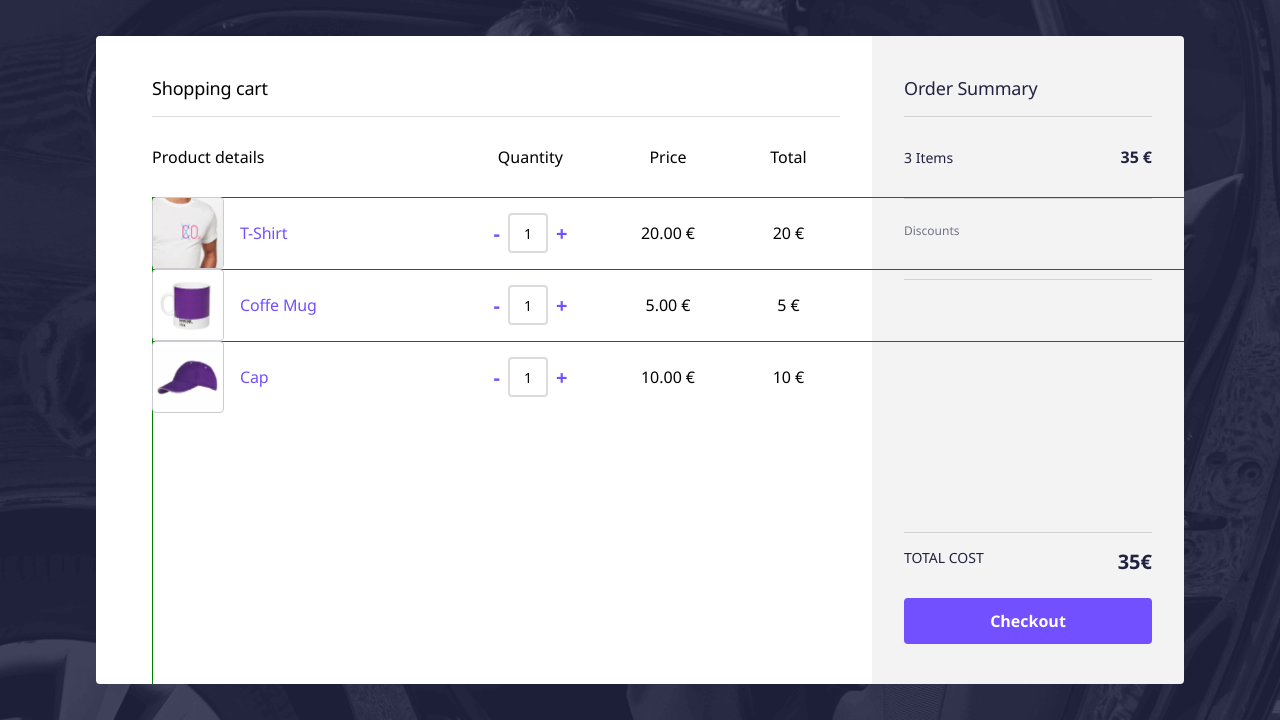
Repository: banchiec/challengecbfy
Page: /
These files come from the project's save history. The page is drawn as it stood at one moment and after the next save; the edit follows.
The browser window is 1280 px wide. The pictures show the whole page.
An inner scrolling area shows only its first screen. Some web fonts or font styles are not loaded; a fallback is used. The project was rebuilt for these pictures with package versions that can differ from the ones it lists, and the page was loaded fresh each time. Also part of the build but not shown: craco.config.js.

Above is the page before, as saved 2021-12-10 12:54:52.

### src/index.js
import './index.css';
import App from './App';
import Checkout from './helpers/checkout'
// here a service should be called to obtain the api data
import { products } from './data/data'

import discounts from './helpers/discounts';

const purchase = new Checkout(products, discounts)
purchase.init()
App(purchase)

### src/index.css
@tailwind base;
@tailwind components;
@tailwind utilities;

body {
  margin: 0;
  font-family: -apple-system, BlinkMacSystemFont, 'Segoe UI', 'Roboto', 'Oxygen',
    'Ubuntu', 'Cantarell', 'Fira Sans', 'Droid Sans', 'Helvetica Neue',
    sans-serif;
  -webkit-font-smoothing: antialiased;
  -moz-osx-font-smoothing: grayscale;
}

code {
  font-family: source-code-pro, Menlo, Monaco, Consolas, 'Courier New',
    monospace;
}

@font-face {
  font-family: 'Avenir';
  src:local('Avenir'), url(./assets/fonts/Avenir-Black.woff) format('woff');
}

### src/App.js
import { render } from 'react-dom';
import Main from './components/main/Main'
import './App.css';

function App(purchase) {
  render(<Main purchase={purchase} />, document.getElementById('root'))
}

export default App;

### src/helpers/checkout.js
export default class Checkout {
    constructor(price, discounts = []) {
        this.price = price.reduce((acc, good) => ({ ...acc, [good.code]: good }), {})
        this.discounts = discounts
        this.cartItems = []
    }
    init() {
        this.scan('TSHIRT')
        this.scan('MUG')
        this.scan('CAP')
    }
    scan(code, argument = 1) {
        const currentCartItem = this.cartItems.find((item) => item.code === code);
        if (currentCartItem) {
            switch (argument) {
                case 1:
                    currentCartItem.count += 1;
                    break;
                case -1:
                    currentCartItem.count -= 1;
                    if (currentCartItem.count === 0) {
                        this.cartItems = this.cartItems.filter((item) => item.code !== code);
                    }
                    break;
                default:
                    currentCartItem.count = argument;
                    break;
            }
            return this;
        }
        const currentPriceItem = this.price[code];
        // console.log(this.price)
        if (currentPriceItem) {
            switch (argument) {
                case 1:
                    this.cartItems.push({ ...currentPriceItem, count: 1 });
                    break;
                case -1:
                    break;
                default:
                    this.cartItems.push({ ...currentPriceItem, count: argument });
            }
            return this;
        }
        return new Error(`product with code ${code} has not been found`);


    }
    get actualDiscounts() {
        return this.discounts.reduce(
            (acc, discount) => {
                const res = discount.check(this.items);
                if (res) return [...acc, res];
                return acc;
            }, [],
        );
    }
    get items() {
        return this.cartItems
    }

    get totalDiscount() {
        return this.actualDiscounts.reduce((acc, { discountAmount }) => acc + discountAmount, 0);
    }
    cost(code) {
        const currentCartItem = this.cartItems.find((item) => item.code === code);
        if (currentCartItem) {
            return currentCartItem.count * currentCartItem.price;
        }
        return null;
    }

    preCalc() {
        return ({
            countItems: this.cartItems.reduce((acc, item) => acc + item.count, 0),
            summaryCost: this.cartItems.reduce((acc, item) => acc + (item.count * item.price), 0),
            actualDiscounts: this.actualDiscounts,
        });
    }

    // method total will return total cost as number
    total() {
        return this.cartItems.reduce(
            (acc, item) => acc + (item.count * item.price),
            0,
        ) - this.totalDiscount;
    }
}

### src/data/data.js
import shirt from '../assets/images/shirt.png'
import mug from '../assets/images/mug.png'
import cap from '../assets/images/cap.png'
export const products = [
    {
        id: '1',
        code: 'TSHIRT',
        name: 'T-Shirt',
        price: '20.00',
        image: shirt
    },
    {
        id: '3',
        code: 'MUG',
        name: 'Coffe Mug',
        price: '5.00',
        image: mug

    },
    {
        id: '4',
        code: 'CAP',
        name: 'Cap',
        price: '10.00',
        image: cap

    }
]

### src/helpers/discounts.js
const discounts = [
    {
        name: '2-for-1-Mug',
        check: (products) => {
            const currentProduct = products.find((product) => product.code === 'MUG')
            if (currentProduct && currentProduct.count > 1) {
                return ({
                    name: '2x1 Mug offer',
                    discountAmount: Math.trunc(currentProduct.count / 2) * currentProduct.price
                })
            }
            return null
        }
    },
    {
        name: 'bulk-discount-shirt',
        check: (products) => {
            const currentProduct = products.find((product) => product.code === 'TSHIRT')
            if (currentProduct && currentProduct.count >= 3) {
                return ({
                    name: 'x3-Shirt-offer',
                    discountAmount: (currentProduct.price / 100) * 5 * currentProduct.count
                })
            }
            return null
        }
    }
]

export default discounts

### src/components/main/Main.js
import { useState } from "react"
import OrderSummery from "../OrderSummery/OrderSummery"
import { ShoppingCart } from "../shoppingCart/ShoppingCart"

export default function Main(props) {
    const { purchase } = props
    const [items, setItems] = useState(purchase.items)

    const initStateSum = purchase.preCalc()
    const initTotalCost = purchase.total()

    const [summary, setSummary] = useState({
        ...initStateSum,
        totalCost: initTotalCost
    })

    const scan = (code) => (op) => (e) => {
        switch (op) {
            case 'dec':
                purchase.scan(code, -1);
                break;
            case 'set':
                purchase.scan(code, Number(e.target.value));
                console.log(e.target.value)
                break;
            case 'inc':
                purchase.scan(code, 1);
                break;
            default:
                // unknown operation
                break;
        }
        // set new cart items list for react
        setItems([...purchase.items]);
        const newSums = purchase.preCalc();
        const newTotalCost = purchase.total();
        setSummary({
            ...newSums,
            totalCost: newTotalCost,
        });

    }
    const cost = (code) => purchase.cost(code)

    return (
        <main className="App">
            <ShoppingCart items={items} scan={scan} cost={cost} />
            <OrderSummery summary={summary} />
        </main>
    )
}

### src/App.css
* {
  box-sizing: border-box;
  outline: none;
}

html,
body,
div,
span,
applet,
object,
iframe,
h1,
h2,
h3,
h4,
h5,
h6,
p,
blockquote,
pre,
a,
abbr,
acronym,
address,
big,
button,
cite,
code,
del,
dfn,
em,
img,
ins,
kbd,
q,
s,
samp,
small,
strike,
strong,
sub,
sup,
tt,
var,
b,
u,
i,
center,
dl,
dt,
dd,
ol,
ul,
li,
fieldset,
form,
label,
legend,
table,
caption,
tbody,
tfoot,
thead,
tr,
th,
td,
article,
aside,
canvas,
details,
embed,
figure,
figcaption,
footer,
header,
hgroup,
menu,
nav,
output,
ruby,
section,
summary,
time,
mark,
audio,
video {
  margin: 0;
  padding: 0;
  border: 0;
  vertical-align: baseline;
  font: 100%;
}

/* HTML5 display-role reset for older browsers */
article,
aside,
details,
figcaption,
figure,
footer,
header,
hgroup,
menu,
nav,
section {
  display: block;
}

body {
  -webkit-font-smoothing: antialiased;
  -moz-osx-font-smoothing: grayscale;
  line-height: 1;
}

ol,
ul {
  list-style: none;
}

blockquote,
q {
  quotes: none;
}

a {
  cursor: pointer;
}

blockquote:before,
blockquote:after,
q:before,
q:after {
  content: none;
}

table {
  border-spacing: 0;
  border-collapse: collapse;
}

a {
  text-decoration: none;
}

input:not([type="checkbox"]):not([type="radio"]),
textarea {
  appearance: none;
}

input[type="number"]::-webkit-outer-spin-button,
input[type="number"]::-webkit-inner-spin-button {
  margin: 0;
  appearance: none;
}

input[type="number"] {
  appearance: textfield;
}

input::-ms-clear {
  display: none;
}

select::-ms-expand {
  display: none;
}

textarea {
  overflow: auto;
  vertical-align: top;
}

input::placeholder {
  opacity: 1;
}

h1.main {
  padding-bottom: 16px;
  border-bottom: 1px solid rgba(33, 34, 64, 0.16);
}

.wrapper.border,
.wrapper-half.border {
  border-bottom: 1px solid rgba(33, 34, 64, 0.16);
}

h2,
.products-list li.products-list-title {
  color: #a6a7b3;
  letter-spacing: 1px;
  font-size: 10px;
  line-height: 16px;
}

h2,
.product-code {
  font-size: 12px;
  line-height: 16px;
}

.product-quantity,
.summary input,
.summary ul li,
.summary-total-cost {
  font-size: 14px;
  line-height: 17px;
}

.product h1 {
  font-size: 16px;
  line-height: 24px;
}

.products button.count,
.summary-total-price {
  font-size: 20px;
  line-height: 25px;
}

h2 {
  color: #717285;
  letter-spacing: 0;
  font-weight: 300;
}

h2 + * {
  margin-top: 16px;
}

body {
  margin: 0;
  padding: 0;
  height: 100vh;
  background-image: url("./assets/images/background.png");
  background-color: #212240;
  background-position: top left;
  background-size: cover;
  font-family: Avenir, "Avenir Next", "Segoe UI", sans-serif;
  font-weight: regular;
}

.App {
  position: fixed;
  top: 50%;
  left: 50%;
  display: flex;
  overflow-x: hidden;
  overflow-y: auto;
  max-width: 1088px;
  max-height: 648px;
  width: calc(100% - 64px);
  height: calc(100% - 64px);
  border-radius: 4px;
  background-color: #ffffff;
  transform: translate(-50%, -50%);
}

h1 {
  position: relative;
  letter-spacing: -0.18px;
  font-size: 18px;
  line-height: 24px;
}

.wrapper {
  padding: 32px 0;
}

.wrapper-half {
  padding: 24px 0;
}

.tableHead {
  padding: 32px 0;
}

.row {
  position: relative;
  display: flex;
  flex-flow: row nowrap;
  justify-content: space-between;
}

.row + .row {
  margin-top: 32px;
}

[class*="col-"] {
  display: flex;
  align-items: center;
}

[class*="col-"]:nth-child(n + 2) {
  justify-content: center;
}

.col-product {
  width: 45%;
}

.col-quantity {
  width: 20%;
}

.col-price {
  width: 20%;
}

.col-total {
  width: 15%;
}

input {
  width: 100%;
  height: 48px;
  border-radius: 4px;
}

.currency {
  margin-left: 4px;
}

.products {
  padding: 40px 32px 40px 56px;
}

.products button.count {
  padding: 0 8px;
  height: 40px;
  border: none;
  background: transparent;
  color: #7350ff;
  font-weight: bold;
  cursor: pointer;
}

.products {
  flex: 1;
}

.products-list {
  position: relative;
  width: 100%;
}

.product-image {
  display: flex;
  align-items: center;
  flex-flow: row nowrap;
}

.product-image img {
  margin-right: 16px;
  width: 72px;
  height: 72px;
  border: 1px solid #cacad1;
  border-radius: 4px;
}

.product-code {
  border-radius: 4px;
  color: #a6a7b3;
  letter-spacing: 0.13px;
  font-weight: 400;
}

.product-quantity {
  width: 40px;
  height: 40px;
  border: 2px solid #dbdbe0;
  border-radius: 4px;
  text-align: center;
}

.product-price {
  color: #000000;
  font-size: 16px;
}

.product .clear {
  border: none;
  background: transparent;
}

.product .clear span {
  position: relative;
  display: block;
  width: 16px;
  height: 16px;
}

.product .clear span:before,
.product .clear span:after {
  content: "";
  position: absolute;
  top: 8px;
  left: 2px;
  display: block;
  width: 12px;
  height: 2px;
  border-radius: 8px;
  background-color: #a6a7b3;
  transform: rotate(-45deg);
  transform-origin: center center;
}

.product .clear span:before {
  transform: rotate(45deg);
}

.product h1 {
  color: #7350ff;
}

.summary {
  display: flex;
  flex-flow: column wrap;
  padding: 40px 32px;
  width: 312px;
  background-color: #f3f3f3;
  color: #212240;
}

.summary > * {
  width: 100%;
}

.summary-items-price {
  font-size: 16px;
  font-weight: bold;
}

.summary input {
  margin: 8px auto;
  color: #a6a7b3;
  text-indent: 16px;
  text-transform: uppercase;
}

.summary input::placeholder {
  color: #a6a7b3;
  text-transform: lowercase;
}

.summary ul li {
  display: flex;
  justify-content: space-between;
}

.summary ul li > *:nth-child(2) {
  font-weight: bold;
}

.summary ul li + li {
  margin-top: 20px;
}

.summary-total {
  align-self: flex-end;
  margin-top: auto;
  padding-top: 16px;
  padding-bottom: 0;
  border-top: 1px solid rgba(33, 34, 64, 0.16);
  color: #212240;
}

.summary-total-cost {
  flex-basis: 100%;
  text-transform: uppercase;
}

.summary-total-price {
  font-weight: bold;
}

.summary button[type="submit"] {
  margin-top: 24px;
  padding-top: 16px;
  padding-bottom: 16px;
  width: 100%;
  border-radius: 4px;
  background: #7350ff;
  color: #ffffff;
  font-size: 16px;
  font-weight: bold;
  line-height: 14px;
  cursor: pointer;
}

/* MODAL */
.modal {
  position: absolute ;
  width: 1088px;
  height: 648px;
  /* left: 176px;
  top: 126px; */
  border: 1px solid green;
}
.content {
  position: absolute;
  width: 248px;
  height: 358px;
  left: 984px;
  top: 270px;
}
.background {
  position: absolute;
  width: 1440px;
  height: 904px;
  left: 0px;
  top: -2px;
}

### src/components/OrderSummery/OrderSummery.js
import React from 'react';
import { uniqueId } from 'lodash';

function OrderSummery(props) {
    const {
        summary: {
            countItems, summaryCost, actualDiscounts, totalCost,
        },
    } = props;
    return (
        <aside className="summary">
            <h1 className="main">Order Summary</h1>
            <ul className="summary-items wrapper border">
                <li>
                    <span className="summary-items-number">
                        {countItems || 0}
                        {' '}
                        Items
                    </span>
                    <span className="summary-items-price">
                        {summaryCost || 0}
                        <span className="currency">
                            €
                        </span>
                    </span>
                </li>
            </ul>
            <div className="summary-discounts wrapper-half border">
                <h2>Discounts</h2>
                {actualDiscounts && (
                    <ul>
                        {actualDiscounts.map((disc) => (
                            <li key={uniqueId()}>
                                <span>{disc.name}</span>
                                <span>
                                    -
                                    {disc.discountAmount}
                                    {' '}
                                    €
                                </span>
                            </li>
                        ))}
                    </ul>
                )}
            </div>
            <div className="summary-total wrapper">
                <ul>
                    <li>
                        <span className="summary-total-cost">
                            Total cost
                        </span>
                        <span className="summary-total-price">
                            {totalCost || 0}
                            €
                        </span>
                    </li>
                </ul>
                <button type="submit">Checkout</button>
            </div>
        </aside>
    );
}

export default OrderSummery;

### src/components/shoppingCart/ShoppingCart.js
import { uniqueId } from 'lodash'
import { CartString } from '../CartString/CartString'

export const ShoppingCart = (props) => {
    // console.log(props)
    const { items, scan, cost } = props


    const setDetails = (e) => {
        console.log(e)

    }

    return (
        <section className="products">
            <h1 className="main">Shopping cart</h1>
            <ul className="product-list tableHead">
                <li className="products-list-title row">
                    <div className="col-product">Product details</div>
                    <div className="col-quantity">Quantity</div>
                    <div className="col-price">Price</div>
                    <div className="col-total">Total</div>
                </li>
            </ul>
            <ul className="products-list">
                {items.map((item) => (
                    <CartString
                        content={item}
                        scan={scan(item.code)}
                        cost={cost(item.code)}
                        key={uniqueId()}
                        onClick={setDetails}
                    />
                ))}
            </ul>
        </section>
    )
}

### src/components/CartString/CartString.js
import { useState } from 'react'
// import DetailsModal from "../DetailsModal/DetailsModal"

export const CartString = (props) => {
    const [show, setShow] = useState(false)
    const {
        content: {
            productCode,
            name,
            count,
            image,
            price
        },
        scan,
        cost,
    } = props

    const setDetails = (e) => {
        console.log(e)
    }


    return (
        <>
            <div className="modal">
                <div className="content"></div>
            </div>
            <li className="product row" onClick={setDetails}>
                <div className="col-product">
                    <figure className="product-image">
                        <img src={image} alt={image} />
                        <div className="product-description">
                            <h1 className="product-description-details">{name}</h1>
                            <p className="product-code">{productCode}</p>
                        </div>
                    </figure>
                </div>
                <div className="col-quantity">
                    <button type="button" className="count" onClick={scan('dec')}>
                        -
                    </button>
                    <input type="text" className="product-quantity" value={count} onChange={scan('set')} />
                    <button type="button" className="count" onClick={scan('inc')}>
                        +
                    </button>
                </div>
                <div className="col-price">
                    <span className="product-price">
                        {price}
                    </span>
                    <span className="product-currency currency">€</span>
                </div>
                <div className="col-total">
                    <span className="product-price">{cost}</span>
                    <span className="product-currency currency">€</span>
                </div>
            </li>
        </>
    )
}

Loaded but not shown: public/index.html (common file); tailwind.config.js (common file)

After the next save:
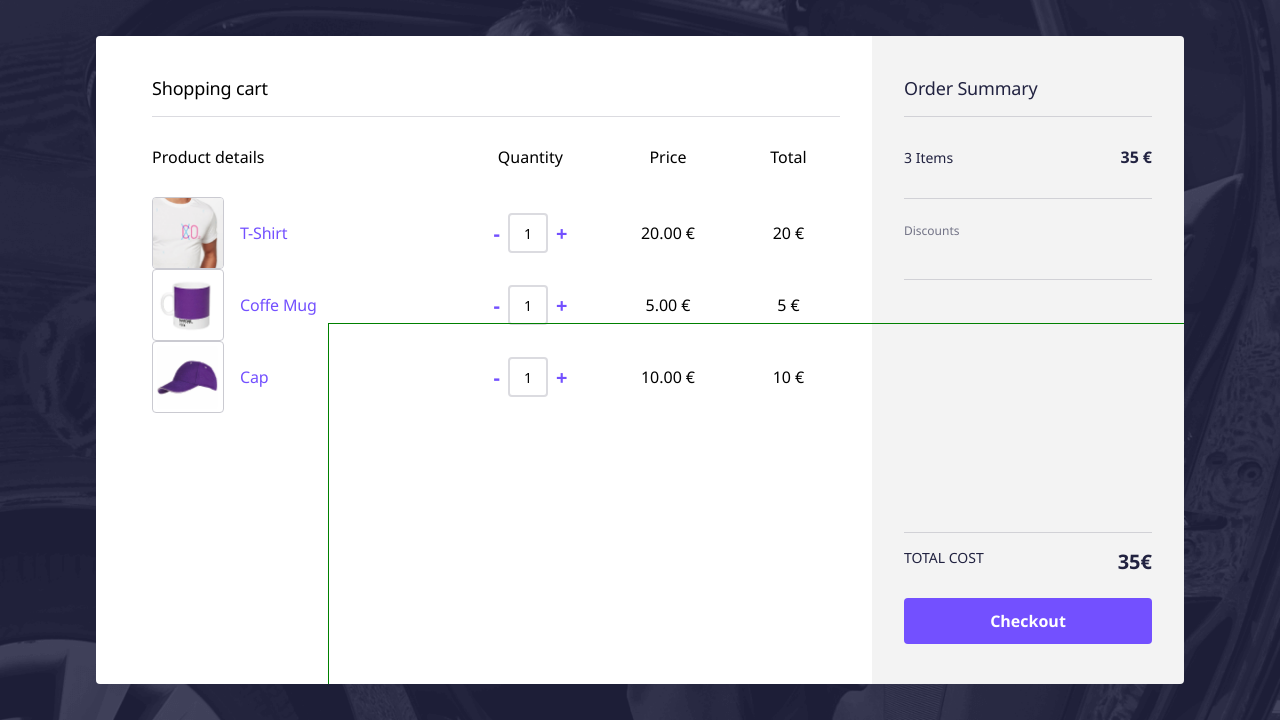
Saved 11 s later.
--- a/src/App.css
+++ b/src/App.css
@@ -493,8 +493,8 @@ input {
   position: absolute ;
   width: 1088px;
   height: 648px;
-  /* left: 176px;
-  top: 126px; */
+  left: 176px;
+  top: 126px;
   border: 1px solid green;
 }
 .content {
